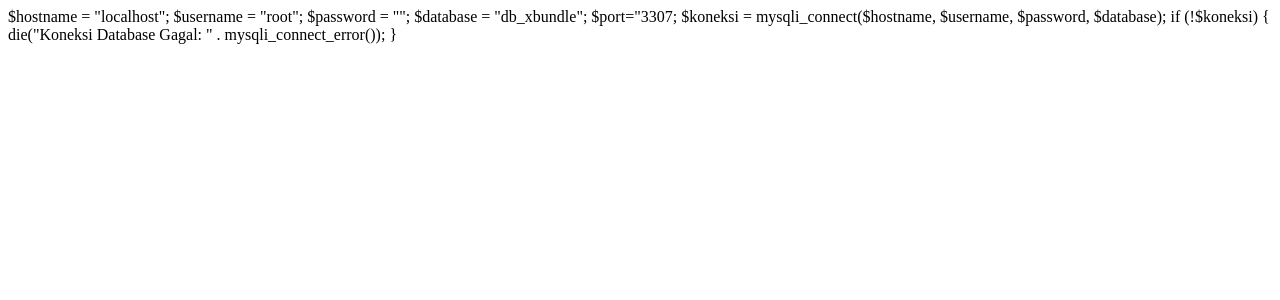
Repository: SultanBani/TUBES_PRK_PEMWEB_2025
Page: http://localhost/TUBES_PRK_PEMWEB_2025/kelompok/kelompok_18/config/koneksi.php
These files come from the project's save history. The page is drawn as it stood at one moment and after the next save; the edit follows.
The browser window is 1280 px wide. The pictures show the whole page.
The page is run by PHP 8.4 with error messages shown; the project is at /var/www/html/.

Above is the page before, as saved 2025-12-05 19:26:59.

After the next save:
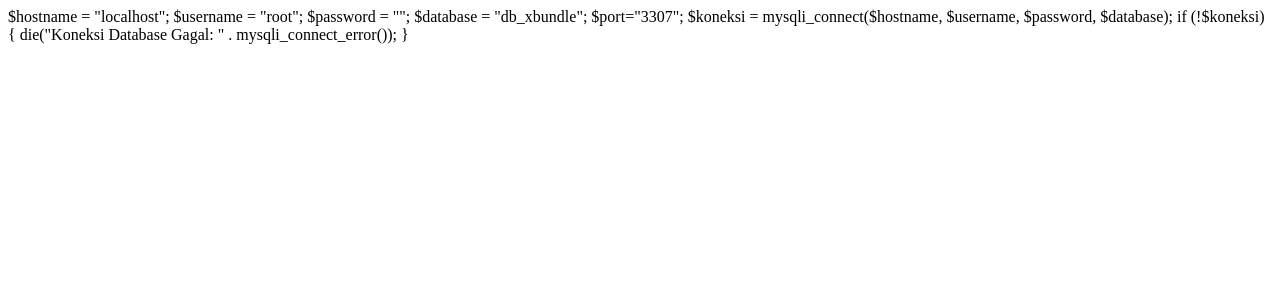
Saved 3 min 7 s later.
--- a/kelompok/kelompok_18/config/koneksi.php
+++ b/kelompok/kelompok_18/config/koneksi.php
@@ -2,7 +2,7 @@ $hostname = "localhost";
 $username = "root";
 $password = "";
 $database = "db_xbundle";
-$port="3307;
+$port="3307";
 
 $koneksi = mysqli_connect($hostname, $username, $password, $database);
 
